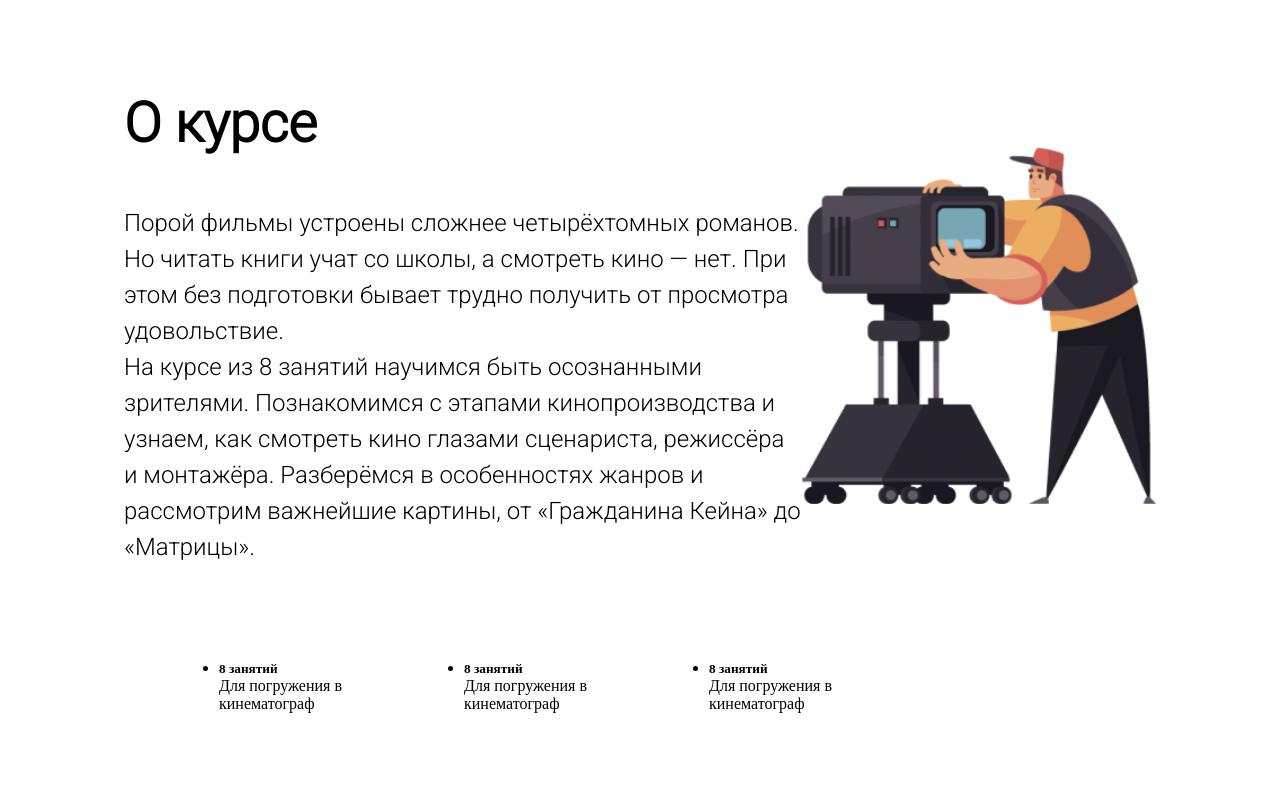
Repository: AytacSafarova/task-figma--1
Page: index.html
The author's editor kept a copy of each file at every save. The page is drawn from the files as they stood at one save, then again after a run of saves.
The browser window is 1280 px wide. The pictures show the whole page.

Above is the page before, as saved 2023-04-29 20:06:03.

### index.html
<!DOCTYPE html>
<html lang="en">
  <head>
    <meta charset="UTF-8" />
    <meta http-equiv="X-UA-Compatible" content="IE=edge" />
    <meta name="viewport" content="width=device-width, initial-scale=1.0" />
    <title>Document</title>
    <link rel="stylesheet" href="/index.css" />
    <link
      rel="stylesheet"
      href="https://cdnjs.cloudflare.com/ajax/libs/font-awesome/6.4.0/css/all.min.css"
      integrity="sha512-iecdLmaskl7CVkqkXNQ/ZH/XLlvWZOJyj7Yy7tcenmpD1ypASozpmT/E0iPtmFIB46ZmdtAc9eNBvH0H/ZpiBw=="
      crossorigin="anonymous"
      referrerpolicy="no-referrer"
    />

    <link
      href="https://fonts.googleapis.com/css2?family=Inter:wght@100;200;300;400;500;600;700;800;900&family=Kaushan+Script&family=Montserrat:ital,wght@0,400;0,600;0,700;0,900;1,800&family=Open+Sans:ital,wght@0,400;0,500;1,400;1,500;1,600&family=Roboto:ital,wght@0,300;1,300&family=Tinos:ital,wght@0,400;0,700;1,400&display=swap"
      rel="stylesheet"
    />
  </head>
  <body>
      <div class="container">
        <div class="row up">
          <div class="col left">
            <div class="header">О курсе</div>
            <div class="text">
              <div>
                Порой фильмы устроены сложнее четырёхтомных романов. Но читать
                книги учат со школы, а смотреть кино — нет. При этом без
                подготовки бывает трудно получить от просмотра удовольствие.
              </div>
              <div>
                На курсе из 8 занятий научимся быть осознанными зрителями.
                Познакомимся с этапами кинопроизводства и узнаем, как смотреть
                кино глазами сценариста, режиссёра и монтажёра. Разберёмся в
                особенностях жанров и рассмотрим важнейшие картины, от
                «Гражданина Кейна» до «Матрицы».
              </div>
            </div>
          </div>
          <div class="col right">
            <img src="/images/_1 1.png" alt="" />
          </div>
        </div>

        <div class="down">
          <div class="image">
            <img src="/images/photo 1.png" alt="" />
          </div>

          <ul class="list">
            <li>
              <h5>8 занятий</h5>
              <p>Для погружения в кинематограф</p>
            </li>

            <li>
              <h5>8 занятий</h5>
              <p>Для погружения в кинематограф</p>
            </li>

            <li>
              <h5>8 занятий</h5>
              <p>Для погружения в кинематограф</p>
            </li>
          </ul>
        </div>
      </div>
  </body>
</html>

### index.css
*{
    margin: 0;
    padding: 0;
}

.container{
    margin: 91px 124px;
}

.row{
    display: flex;
    justify-content: space-between;
    align-items: center;
}

.left{
    width: 700px;
}

.header{
    font-size: 55px;
    font-family: 'Roboto', sans-serif;
    font-weight: 700;
    margin-bottom: 50px;
}
.text div{
    font-size: 24px;
    font-family: 'Roboto', sans-serif;
    font-weight: 400;
    line-height: 36px;
}

.right{
    width: 366px;
}
.right img{
    width: 100%;
}

.down{
    display: flex;
    align-items: center;
    justify-content: space-between;
    margin-top:94px;
}

.image{
    width: 232px;
}

.image img{
    width: 100%;
}


.list{
    display: flex;
    padding-right: 314px ;
}

li{
    width: 150px;
    margin-left: 95px;
}

After the next 3 saves:
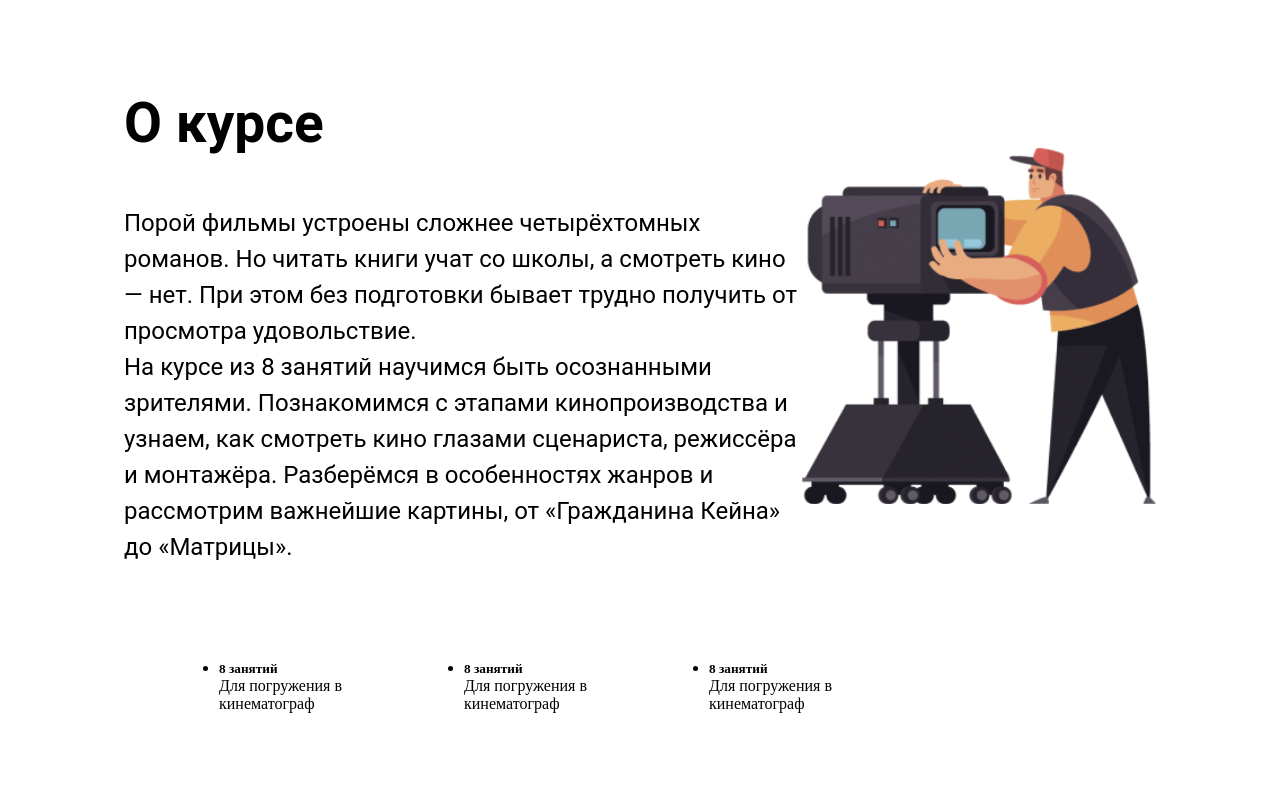
The 3 saves are shown as one change because they came seconds apart.
The last was saved 8 s later.
--- a/index.html
+++ b/index.html
@@ -6,18 +6,6 @@
     <meta name="viewport" content="width=device-width, initial-scale=1.0" />
     <title>Document</title>
     <link rel="stylesheet" href="/index.css" />
-    <link
-      rel="stylesheet"
-      href="https://cdnjs.cloudflare.com/ajax/libs/font-awesome/6.4.0/css/all.min.css"
-      integrity="sha512-iecdLmaskl7CVkqkXNQ/ZH/XLlvWZOJyj7Yy7tcenmpD1ypASozpmT/E0iPtmFIB46ZmdtAc9eNBvH0H/ZpiBw=="
-      crossorigin="anonymous"
-      referrerpolicy="no-referrer"
-    />
-
-    <link
-      href="https://fonts.googleapis.com/css2?family=Inter:wght@100;200;300;400;500;600;700;800;900&family=Kaushan+Script&family=Montserrat:ital,wght@0,400;0,600;0,700;0,900;1,800&family=Open+Sans:ital,wght@0,400;0,500;1,400;1,500;1,600&family=Roboto:ital,wght@0,300;1,300&family=Tinos:ital,wght@0,400;0,700;1,400&display=swap"
-      rel="stylesheet"
-    />
   </head>
   <body>
       <div class="container">
